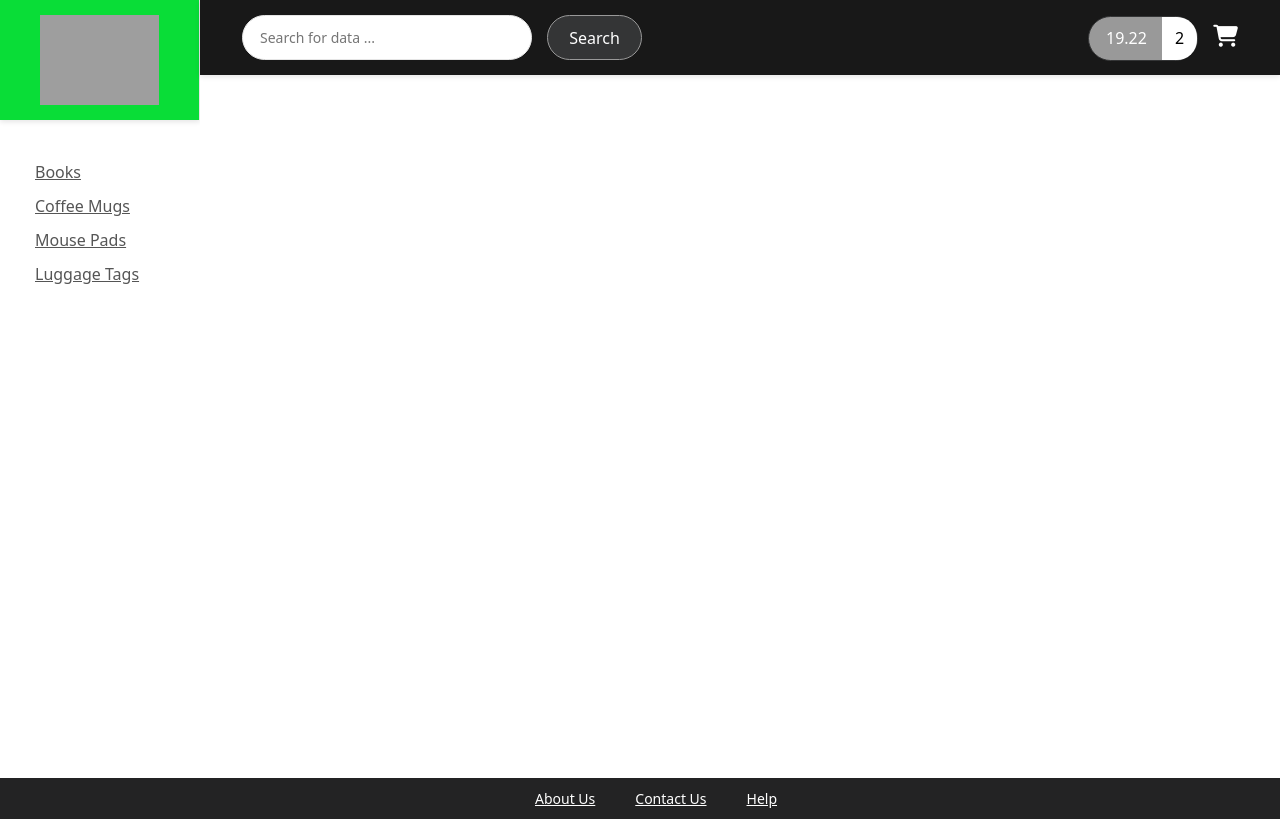
Repository: mustafa-alperen-yilmaz/e-commerce-app
Page: / (app in ecommerceangular/)
An editor plug-in stored every save of this project. The page is shown before and after the next save, followed by the edit.
The browser window is 1280 px wide. The pictures show the whole page.
Pictures or frames that could not be fetched are drawn as grey boxes. The page's requests for data from a server got no answer. The project was rebuilt for these pictures with package versions that can differ from the ones it lists, and the page was loaded fresh each time. No one was signed in, and anything a server would have sent is missing. Also part of the build but not shown: ecommerceangular/angular.json.

Above is the page before, as saved 2023-03-08 02:27:56.

### ecommerceangular/src/index.html
<!doctype html>
<html lang="en">
<head>
  <meta charset="utf-8">
  <meta name="viewport" content="width=device-width, initial-scale=1 , shrink-to-fit=no">
  <title>Ecommerce App</title>
  <base href="/">
  <link rel="icon" type="image/x-icon" href="favicon.ico">
</head>
<body>
  <app-root></app-root>
</body>
</html>

### ecommerceangular/src/styles.css
*{
  margin:0;
  padding:0;
  -webkit-box-sizing:border-box;
  -moz-box-sizing:border-box;
  box-sizing:border-box
}

body{
  font-family:Poppins,sans-serif;
  font-weight:400;
  font-size:16px;
  line-height:1.625;
  color:#666;
  -webkit-font-smoothing:antialiased;
  -moz-osx-font-smoothing:grayscale
}

ul{
  margin:0
}

button,input[type=button]{
  cursor:pointer
}

button:focus,input:focus{
  outline:0
}

input{
  border:none
}

button{
  border:none;
  background:0 0
}

img{
  max-width:100%;
  height:auto
}

p{
  margin:0
}

h1,h2,h3,h4,h5,h6{
  color:#333;
  font-weight:700;
  margin:0;
  line-height:1.2
}

h1{
  font-size:36px
}

h2{
  font-size:30px
}

h3{
  font-size:24px
}

h4{
  font-size:18px
}

h5{
  font-size:15px
}

h6{
  font-size:13px
}

a{
  display:inline-block
}

a:active,a:focus,a:hover{
  text-decoration:none;
  outline:0
}

a,a:hover{
  -webkit-transition:all .3s ease;
  -o-transition:all .3s ease;
  -moz-transition:all .3s ease;
  transition:all .3s ease
}

/*Layout Css*/
.section-content-p35{
  padding:0 35px
}

.page-wrapper{
  overflow:hidden;
  background:#e5e5e5;
  padding-bottom:8vh
}

.page-container{
  background:#f5f5f5;
  padding-left:200px
}

.main-content{
  padding-top:116px;
  min-height:100vh
}

aside.menu-sidebar.d-none.d-lg-block.clr{
  background:0 0;
  z-index:99999999;
  height:75px;
  box-shadow:-2px 0 4px #0000003b
}

/*
* ----------------------------
* Header Desktop Section
* ----------------------------
*/

.header-desktop{
  background:#181818;
  -webkit-box-shadow:0 2px 5px 0 rgba(0,0,0,.1);
  -moz-box-shadow:0 2px 5px 0 rgba(0,0,0,.1);
  box-shadow:0 2px 5px 0 rgba(0,0,0,.1);
  position:fixed;
  top:0;
  right:0;
  left:200px;
  height:75px;
  z-index:3
}

.header-desktop .section-content{
  overflow:visible;
  position:absolute;
  top:50%;
  left:0;
  right:0;
  -webkit-transform:translateY(-50%);
  -moz-transform:translateY(-50%);
  -ms-transform:translateY(-50%);
  -o-transform:translateY(-50%);
  transform:translateY(-50%)
}

.header-wrap{
  display:-webkit-box;
  display:-webkit-flex;
  display:-moz-box;
  display:-ms-flexbox;
  display:flex;
  -webkit-box-align:center;
  -webkit-align-items:center;
  -moz-box-align:center;
  -ms-flex-align:center;
  align-items:center;
  -webkit-box-pack:justify;
  -webkit-justify-content:space-between;
  -moz-box-pack:justify;
  -ms-flex-pack:justify;
  justify-content:space-between
}

.header-button{
  display:-webkit-box;
  display:-webkit-flex;
  display:-moz-box;
  display:-ms-flexbox;
  display:flex;
  -webkit-box-align:center;
  -webkit-align-items:center;
  -moz-box-align:center;
  -ms-flex-align:center;
  align-items:center
}

.number{
  padding:6px 0
}

.arrows i{
  font-size:30px;
  padding:4px 4px
}

section{
  position:relative
}

.section-content{
  position:relative;
  margin:0 auto;
  z-index:1
}

.section-content-p30{
  padding:0 30px
}

.au-input-xl{
  min-width:935px
}

input.au-input.au-input-xl{
  border-radius:40px!important;
  margin-right:15px
}

.au-input{
  line-height:43px;
  border:1px solid #e5e5e5;
  font-size:14px;
  color:#666;
  padding:0 17px;
  -webkit-border-radius:3px;
  -moz-border-radius:3px;
  border-radius:3px;
  -webkit-transition:all .5s ease;
  -o-transition:all .5s ease;
  -moz-transition:all .5s ease;
  transition:all .5s ease
}

.cart-area.d-n{
  display:block
}

.cart-area i{
  font-size:22px;
  float:left;
  margin-top:16px;
  color:#fff;
  margin-left:15px
}

.total{
  background:#999999;
  line-height:43px;
  color:#fff;
  border-radius:30px;
  border:1px solid #343536;
  float:left;
  margin-top:7px;
  padding-left:17px
}

.total span{
  display:inline-block;
  background:#fff;
  padding:0 13px;
  color:#000;
  border-top-right-radius:20px;
  border-bottom-right-radius:20px;
  margin-left:11px
}

.form-header{
  display:-webkit-box;
  display:-webkit-flex;
  display:-moz-box;
  display:-ms-flexbox;
  display:flex
}

.au-btn-submit{
  position:relative;
  right:0;
  min-width:95px;
  color:#fff;
  border:1px solid #999999;
  -webkit-border-radius:3px;
  -moz-border-radius:3px;
  border-radius:43px;
  background:#343536
}

.au-btn-submit:hover{
  background:#4a4d55
}

.au-btn-submit>i{
  font-size:20px;
  color:#fff;
  position:absolute;
  top:50%;
  left:50%;
  -webkit-transform:translate(-50%,-50%);
  -moz-transform:translate(-50%,-50%);
  -ms-transform:translate(-50%,-50%);
  -o-transform:translate(-50%,-50%);
  transform:translate(-50%,-50%)
}

/*
* ----------------------------
* Left Menu Bar
* ----------------------------
*/

.menu-sidebar{
  width:200px;
  position:fixed;
  left:0;
  top:0;
  bottom:0;
  background:#fff;
  overflow-y:auto
}

.menu-sidebar .logo{
  background:#09dd37;
  height:120px;
  padding:0 40px;
  display:-webkit-box;
  display:-webkit-flex;
  display:-moz-box;
  display:-ms-flexbox;
  display:flex;
  -webkit-box-align:center;
  -webkit-align-items:center;
  -moz-box-align:center;
  -ms-flex-align:center;
  align-items:center;
  -webkit-box-shadow:0 2px 5px 0 rgba(0,0,0,.1);
  -moz-box-shadow:0 2px 5px 0 rgba(0,0,0,.1);
  box-shadow:0 2px 5px 0 rgba(0,0,0,.1);
  border-right:1px solid #e5e5e5;
  position:relative;
  z-index:3
}

.menu-sidebar .navbar-list .navbar-sub-list{
  display:none;
  padding-left:34px
}

.menu-sidebar .navbar-list .navbar-sub-list li a{
  padding:11.5px 0
}

.menu-sidebar-content{
  position:relative;
  height:-webkit-calc(100vh - 75px);
  height:-moz-calc(100vh - 75px);
  height:calc(100vh - 75px)
}

.navbar-sidebar{
  padding:35px;
  padding-bottom:0
}

.navbar-sidebar .navbar-list li a{
  display:block;
  color:#555;
  font-size:16px;
  padding:5px 0
}

.navbar-sidebar .navbar-list li a i{
  margin-right:19px
}

.navbar-sidebar .navbar-list li a:hover{
  color:#0da8e4
}

/*
* ----------------------------
* Header Mobile Section
* ----------------------------
*/

.header-mobile{
  position:absolute;
  top:0;
  left:0;
  right:0
}
.header-mobile .header-mobile-bar{
  padding:15px 0;    background: #fff;
}
.header-mobile .header-mobile-inner{
  display:-webkit-box;
  display:-webkit-flex;
  display:-moz-box;
  display:-ms-flexbox;
  display:flex;
  -webkit-box-align:center;
  -webkit-align-items:center;
  -moz-box-align:center;
  -ms-flex-align:center;
  align-items:center;
  -webkit-box-pack:justify;
  -webkit-justify-content:space-between;
  -moz-box-pack:justify;
  -ms-flex-pack:justify;
  justify-content:space-between
}
.header-mobile .hamburger{
  width:36px;
  height:36px;
  padding:0;
  line-height:1;
  vertical-align:top;
  background:#fff;
  display:-webkit-box;
  display:-webkit-flex;
  display:-moz-box;
  display:-ms-flexbox;
  display:flex;
  -webkit-box-pack:center;
  -webkit-justify-content:center;
  -moz-box-pack:center;
  -ms-flex-pack:center;
  justify-content:center;
  -webkit-box-align:center;
  -webkit-align-items:center;
  -moz-box-align:center;
  -ms-flex-align:center;
  align-items:center
}
.header-mobile .hamburger .hamburger-box{
  width:20px;
  height:15px
}
.header-mobile .hamburger .hamburger-box .hamburger-inner{
  width:20px;
  height:2px;
  -webkit-border-radius:0;
  -moz-border-radius:0;
  border-radius:0
}
.header-mobile .hamburger .hamburger-box .hamburger-inner:before{
  width:20px;
  height:2px;
  top:6px
}
.header-mobile .hamburger .hamburger-box .hamburger-inner:after{
  top:12px;
  width:20px;
  height:2px
}
.header-mobile .navbar-mobile{
  display:none;
  position:absolute;
  width:100%;
  top:88px;
  z-index:20
}
.header-mobile .navbar-mobile .navbar-mobile-list{
  background:#f8f8f8
}
.header-mobile .navbar-mobile .navbar-mobile-list>li>a{
  padding-left:15px!important
}
.header-mobile .navbar-mobile .navbar-mobile-list li a{
  color:#555;
  display:block;
  padding:10px 15px;
  padding-right:25px;
  padding-left:0;
  border-bottom:1px solid #e6e6e6;
  text-transform:capitalize;
  line-height:inherit
}
.header-mobile .navbar-mobile .navbar-mobile-list li a:hover{
  color:#0da8e4
}
.header-mobile .navbar-mobile .navbar-mobile-list li a>i{
  margin-right:19px
}
.navbar-mobile-sub-list{
  display:none;
  padding-left:30px;
  background:#fff
}
.header-mobile .navbar-mobile .navbar-mobile-sub-list li a{
  padding-left:15px
}
.header-mobile-2{
  background:#393939;
  position:static
}
.header-mobile-2.header-mobile .navbar-mobile{
  top:82px
}
.header-mobile-2.header-mobile .hamburger{
  background:0 0
}
.header-mobile-2.header-mobile .hamburger .hamburger-box .hamburger-inner{
  background:#fff
}
.header-mobile-2.header-mobile .hamburger .hamburger-box .hamburger-inner::before{
  background:#fff
}
.header-mobile-2.header-mobile .hamburger .hamburger-box .hamburger-inner::after{
  background:#fff
}
.main-content.page-m{
  padding:10% 15%!important
}

/*
* ----------------------------
* Products List
* ----------------------------
*/

.product-box img {
  width: 150px;
}

.items select {
  width: 100px;
  height: 40px;
  border-radius: 40px;
  padding-left: 15px;
  margin-bottom: 10px;
  outline: 0;
  margin-left: 5px;
}
.product-box{
  margin-bottom:60px
}
.price{
  margin:15px 0 0;
  font-weight:800;
  color:#0da8e4;
}
.product-box h1{
  font-size:18px;
  border-bottom:1px solid #ccc;
  padding-bottom:5px;
  font-weight:600;
  padding-top:12px;
  margin-bottom:7px
}
.product-box h2{
  font-size:15px;
  padding-bottom:0;
  font-weight:500;
  color:#585858
}

/*
* ----------------------------
* Shopping Cart Checkout
* ----------------------------
*/

.form-area{
  background:#e5e5e5;
  position:relative;
  margin-bottom:45px;
  padding:50px 20px;
  border:3px solid #ccc
}
.form-area h3{
  position:absolute;
  top:-26px;
  left:13px;
  background:#e5e5e5;
  padding:10px 20px;
  font-weight:500;
  z-index:23;
  display:inline-block
}
.input-space{
  margin-bottom:20px
}
.input-space label{
  padding-left:31px;
  font-size:14px;
  margin-bottom:50px
}
.input-space input[type=text]{
  width:100%;
  height:40px;
  border-radius:30px;
  outline:0;
  padding:10px;
  border:1px solid #ccc
}
.input-space select{
  width:100%;
  height:40px;
  border-radius:30px;
  outline:0;
  padding:0 10px;
  border:1px solid #ccc
}
.au-checkbox{
  display:block;
  position:relative;
  cursor:pointer;
  font-size:22px;
  -webkit-user-select:none;
  -moz-user-select:none;
  -ms-user-select:none;
  user-select:none
}
.au-checkbox input{
  position:absolute;
  opacity:0;
  cursor:pointer
}
.au-checkmark{
  position:absolute;
  top:0;
  left:0;
  height:22px;
  width:22px;
  background-color:#fff!important;
  border:2px solid #e5e5e5;
  -webkit-border-radius:2px;
  -moz-border-radius:2px;
  border-radius:2px
}
.au-checkbox:hover input~.au-checkmark{
  background-color:transparent
}
.au-checkbox input:checked~.au-checkmark{
  background-color:#fff
}
.au-checkmark:after{
  content:"";
  position:absolute;
  display:none
}
.au-checkbox input:checked~.au-checkmark:after{
  display:block
}
label.date{
  padding-top:8px
}
.au-checkbox .au-checkmark:after{
  left:5px;
  top:-1px;
  width:9px;
  height:15px;
  border:solid #0da8e4;
  border-width:0 4px 4px 0;
  -webkit-border-radius:2px;
  -moz-border-radius:2px;
  border-radius:2px;
  -webkit-transform:rotate(45deg);
  -moz-transform:rotate(45deg);
  -ms-transform:rotate(45deg);
  -o-transform:rotate(45deg);
  transform:rotate(45deg)
}
option:first{
  color:#ccc
}
select{
  color:#828482
}

/*
* ----------------------------
* Shopping Cart Details
* ----------------------------
*/

.table{
  margin:0
}
table.table.table-bordered{
  border:1px solid #ccc;
  background:#fff
}
.table-bordered td,.table-bordered th{
  border:1px solid #dee2e6
}
table.table.table-bordered th{
  BACKGROUND:#0da8e4;
  color:#fff;
  font-size:14px;
  padding:7px
}
.table-responsive{
  padding-right:1px
}
.items select{
  width:100px;
  height:40px;
  border-radius:40px;
  padding-left:15px;
  margin-bottom:10px;
  outline:0;
  margin-left:5px
}

/*
* ----------------------------
* Product Details
* ----------------------------
*/

.price{
  margin:15px 0 0;
  font-weight:800;
  color:#000000
}
.detail-section{
  margin-top:60px
}
/**/

/*
* ----------------------------
* Buttons
* ----------------------------
*/

.btn-info{
  color:#fff;
  background-color:#0da8e4!important;
  border-color:#0da8e4!important
}
a.primary-btn{
  background:#100029;
  padding:7px 20px;
  text-align:center;
  display:inline-block;
  color:#fff;
  border-radius:2px;
  font-size:14px;
  margin-top:5px
}
a.primary-btn:hover{
  background:#999999;
  color:#fff
}

.active-link {
font-weight: bold;
}

/*
* ----------------------------
* Footer section
* ----------------------------
*/

footer ul li a{
  color:#fff
}
footer{
  background:#232324;
  z-index:1;
  position:relative;
  text-align:center
}
footer li a{
  color:#313131;
  font-weight:500
}
footer ul li{
  display:inline-block;
  font-size:14px;
  padding:10px 20px
}

/*
* ----------------------------
* Media Queries
* ----------------------------
*/

@media (max-width:1600px){
  .au-input-xl{
      min-width:290px
  }
}
@media (max-width:1315px) and (min-width:992px){
  .header-desktop3 .section-content{
      padding:0 15px
  }
}
@media (max-width:1570px) and (min-width:992px){
  .header-navbar ul li a{
      padding:25px 15px
  }
}
@media (max-width:1315px) and (min-width:992px){
  .header-navbar ul li a{
      font-size:13px;
      padding:27px 15px
  }
  .header-navbar ul li a i{
      margin-right:5px
  }
}

@media (min-width:1200px){
  .container{
      max-width:1320px
  }
}

@media (min-width:992px) and (max-width:1199px){
  .cart-area i{
      font-size:22px;
      float:left;
      margin-top:16px;
      color:#f5f5f5;
      margin-left:15px
  }
  .header-mobile .header-mobile-bar{
      padding:10px 0;
      background:#fff
  }
  .header-wrap .account-item>.content{
      display:none
  }
}


@media (max-width:991px){
   .section-content-p30{
      padding:0
  }
  .page-container{
      position:relative;
      top:88px;
      padding-left:0
  }
   .page-wrapper{
      background:#e5e5e5;
      padding-bottom:12vh
  }
   .main-content{
      padding-top:50px;
      padding-bottom:100px
  }
   .cart-area.d-n{
      display:none
  }
  .form-header{
      -webkit-box-pack:center;
      -webkit-justify-content:center;
      -moz-box-pack:center;
      -ms-flex-pack:center;
      justify-content:center
  }
   .au-input-xl{
      min-width:350px
  }
    .logo{
      text-align:center
  }
  .header-desktop{
      position:relative;
      top:0;
      left:0;
      height:80px
  }
  .header-wrap{
      -webkit-box-orient:vertical;
      -webkit-box-direction:normal;
      -webkit-flex-direction:column;
      -moz-box-orient:vertical;
      -moz-box-direction:normal;
      -ms-flex-direction:column;
      flex-direction:column
  }
  .header-button{
      margin-top:30px;
      width:100%;
      -webkit-box-pack:justify;
      -webkit-justify-content:space-between;
      -moz-box-pack:justify;
      -ms-flex-pack:justify;
      justify-content:space-between
  }
  .menu-sidebar2{
      top:0;
      right:-300px;
      left:auto;
      -webkit-box-shadow:0 5px 10px 0 rgba(0,0,0,.1);
      -moz-box-shadow:0 5px 10px 0 rgba(0,0,0,.1);
      box-shadow:0 5px 10px 0 rgba(0,0,0,.1)
  }
   .header-desktop2{
      left:0;
      position:relative
  }
   .header-desktop4{
      position:static
  }
   .section-content.section-content-p30.e-spc{
      padding-top:100px
  }
  header.header-desktop.extra{
      top:93px!important
  }
  .cart-area i{
      font-size:22px;
      float:left;
      margin-top:16px;
      color:#205b8d;
      margin-left:15px
  }
      .header-wrap2{
      -webkit-box-pack:justify;
      -webkit-justify-content:space-between;
      -moz-box-pack:justify;
      -ms-flex-pack:justify;
      justify-content:space-between
  }
}


@media (max-width:767px){
    .au-input-xl{
      min-width:150px
  }
  .header-button-item{
      font-size:22px;
      margin-right:15px
  }
      .main-content.page-m{
      padding:10% 0!important
  }
  .header-mobile .navbar-mobile{
      display:none;
      position:absolute;
      width:100%;
      top:66px;
      z-index:20
  }
  .section-content.section-content-p30.e-spc{
      padding-top:100px
  }
  header.header-desktop.extra{
      top:64px!important
  }
  .header-desktop{
      position:relative;
      top:0;
      left:0;
      height:80px
  }
  a.logo img{
      width:110px
  }

  .cart-area i{
      font-size:22px;
      float:left;
      margin-top:16px;
      color:#205b8d;
      margin-left:15px
  }
  .footer-pagination{
      text-align:center
  }
  .product-box{
      text-align:centerg
  }
  .page-container{
      position:relative;
      top:66px;
      padding-left:0
  }
  .au-btn-submit{
      position:relative;
      right:10px;
      min-width:85px;
      color:#fff;
      border:1px solid #205b8d;
      -webkit-border-radius:3px;
      -moz-border-radius:3px;
      border-radius:0;
      background:#205b8d
  }
  input.au-input.au-input-xl{
      border-radius:0!important;
      margin-right:0
  }
  .cart-area.d-b{
      display:block
  }
  .cart-area.d-n{
      display:none
  }
  .cart-area i{
      font-size:18px;
      float:left;
      margin-top:16px;
      color:#03a9f4;
      margin-left:15px
  }
  .total span{
      display:inline-block;
      background:#fff;
      padding:0 10px;
      color:#000;
      border-top-right-radius:20px;
      border-bottom-right-radius:20px;
      margin-left:6px
  }
  .total{
      background:#343536;
      line-height:30px;
      color:#fff;
      border-radius:30px;
      border:1px solid #999999;
      float:left;
      margin-top:9px;
      padding-left:12px
  }
  .header-mobile .header-mobile-bar{
      padding:6px 0;
      background:#fff;
      border:0;
      padding:8px 0
  }
}

### ecommerceangular/src/app/app.module.ts
import { NgModule } from '@angular/core';
import { BrowserModule } from '@angular/platform-browser';

import { AppComponent } from './app.component';
import { ProductListComponent } from './components/product-list/product-list.component';
import {HttpClientModule} from '@angular/common/http';
import { ProductService } from './services/product.service';

@NgModule({
  declarations: [
    AppComponent,
    ProductListComponent
  ],
  imports: [
    BrowserModule,
    HttpClientModule
  ],
  providers: [ProductService],
  bootstrap: [AppComponent]
})
export class AppModule { }

### ecommerceangular/src/app/app.component.ts
import { Component } from '@angular/core';

@Component({
  selector: 'app-root',
  templateUrl: './app.component.html',
  styleUrls: ['./app.component.css']
})
export class AppComponent {
  title = 'ecommerceangular';
}

### ecommerceangular/src/app/components/product-list/product-list.component.ts
import { Component , OnInit } from '@angular/core';
import { ProductService } from 'src/app/services/product.service';
import { Product } from 'src/app/common/product';

@Component({
  selector: 'app-product-list',
  //templateUrl: './product-list-table.component.html',
  templateUrl: './product-list-grid.component.html',
  //templateUrl: './product-list.component.html',
  styleUrls: ['./product-list.component.css']
})
export class ProductListComponent implements OnInit {
  products : Product[] =[];
  constructor(private productService: ProductService){
    }
  ngOnInit():void{
    this.listProducts();
  }
  listProducts(){
    this.productService.getProductList()
    .subscribe(data => {
      this.products = data;
    })
  }
}

### ecommerceangular/src/app/services/product.service.ts
import { Injectable } from '@angular/core';
import { HttpClient, HttpResponse } from '@angular/common/http';
import { Observable } from 'rxjs';
import { map } from 'rxjs/operators';
import {Product} from '../common/product';

@Injectable({
  providedIn: 'root'
})
export class ProductService {
  private baseUrl="http://localhost:8080/api/products";
  constructor(private httpClient : HttpClient) { }
  getProductList(): Observable<Product[]>{
    return this.httpClient.get<GetResponse>(this.baseUrl)
    .pipe(map(response => response._embedded.products)
    );
  }
}
interface GetResponse {
  _embedded:{
    products: Product[];
  }
}

### ecommerceangular/src/app/components/product-list/product-list-table.component.html
<table class="table">
  <thead class="thead-dark">
    <tr>
      <th>Name</th>
      <th>Price</th>
      <th>Units In Stock</th>
    </tr>
  </thead>
  <tbody>
    <tr *ngFor="let tempProduct of products">
      <td class="align-middle">
        <img src="{{ tempProduct.imageUrl}}" height="70" alt=""/>
      </td>
        <td class="align-middle">{{ tempProduct.name }} </td>
        <td class="align-middle">{{tempProduct.unitPrice | currency : 'EUR'}}</td>
        <td class="align-middle">{{ tempProduct.unitsInStock}}</td>
    </tr>
  </tbody>
</table>
<p *ngFor="let tempProduct of products"> <!-- In Angular we use *ngFor to show our existing list in our HTML page. -->
  {{ tempProduct.name }} : {{tempProduct.unitPrice | currency : 'EUR'}}
</p>

### ecommerceangular/src/app/components/product-list/product-list-grid.component.html
<div class="main-content">
  <div class="section-content section-content-p30">
    <div class="container-fluid">
      <div class="row">
          <div *ngFor="let tempProduct of products" class="col-md-3">
            <div class="product-box">
              <img src="{{tempProduct.imageUrl}}" alt="" class="img-responsive">
              <h1>{{tempProduct.name}}</h1>
            </div>
          </div>
      </div>
    </div>
  </div>
</div>

### ecommerceangular/src/app/components/product-list/product-list.component.html
<p *ngFor="let tempProduct of products"> <!-- In Angular we use *ngFor to show our existing list in our HTML page. -->
  {{ tempProduct.name }} : {{tempProduct.unitPrice | currency : 'EUR'}}
</p>

Loaded but not shown: ecommerceangular/src/main.ts (common file); ecommerceangular/src/app/app.component.html (203 lines, source omitted); ecommerceangular/src/app/app.component.css (no stored copy; drawn as an empty file); ecommerceangular/src/app/components/product-list/product-list.component.css (no stored copy; drawn as an empty file)

After the next save:
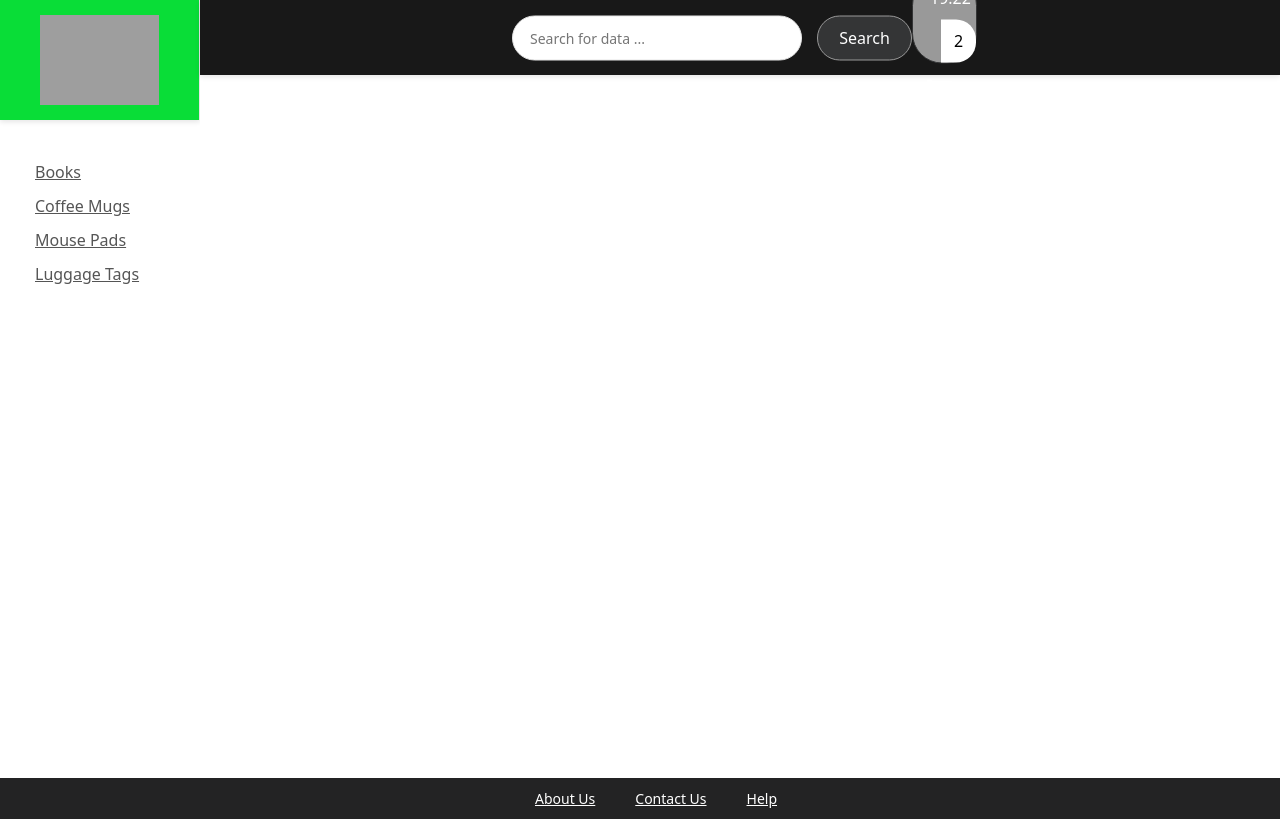
Saved 9 s later.
--- a/ecommerceangular/src/styles.css
+++ b/ecommerceangular/src/styles.css
@@ -204,7 +204,7 @@ section{
 }
 
 .section-content-p30{
-  padding:0 30px
+  padding:0 300px
 }
 
 .au-input-xl{
